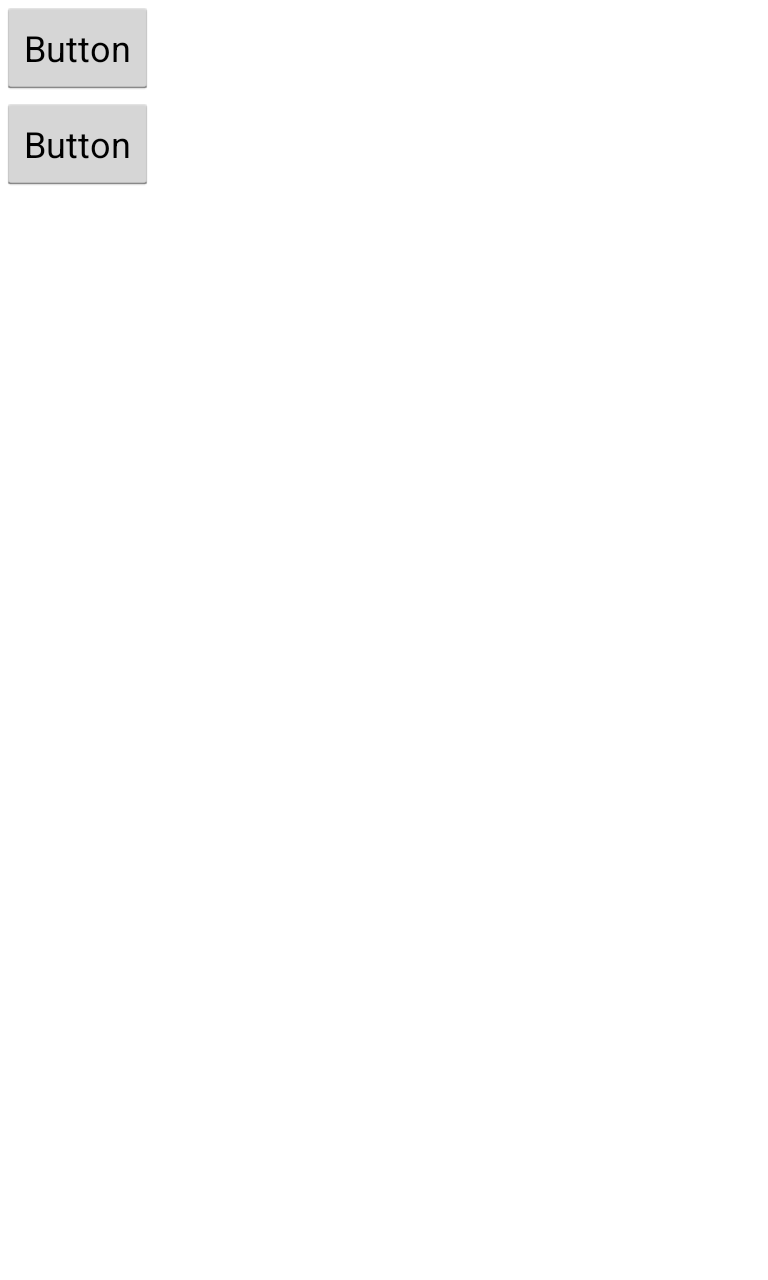
Repository: RaymondCalderon/programs_school
Layout: Trabajos Eclipse/Apps eclipse/FoxEnglish/res/layout/actividad1.xml
These files come from the project's save history. The layout is drawn as it stood at one moment and after the next save; the edit follows.
It is drawn on a 768 x 1280 px phone screen (xhdpi) without system bars, with theme AppTheme; the app's code is not run.

Above is the layout before, as saved 2016-02-26 05:48:07.

### Trabajos Eclipse/Apps eclipse/FoxEnglish/res/layout/actividad1.xml
<?xml version="1.0" encoding="utf-8"?>
<LinearLayout xmlns:android="http://schemas.android.com/apk/res/android"
    android:layout_width="match_parent"
    android:layout_height="match_parent"
    android:orientation="vertical" >

    <Button
        android:id="@+id/a1btn1"
        android:layout_width="wrap_content"
        android:layout_height="wrap_content"
        android:text="Button" />

    <Button
        android:id="@+id/a1btn2"
        android:layout_width="wrap_content"
        android:layout_height="wrap_content"
        android:text="Button" />

</LinearLayout>

Loaded but not shown: Trabajos Eclipse/Apps eclipse/FoxEnglish/res/values/styles.xml (common file); Trabajos Eclipse/Apps eclipse/FoxEnglish/res/values-v11/styles.xml (common file); Trabajos Eclipse/Apps eclipse/FoxEnglish/res/values-v14/styles.xml (common file)

After the next save:
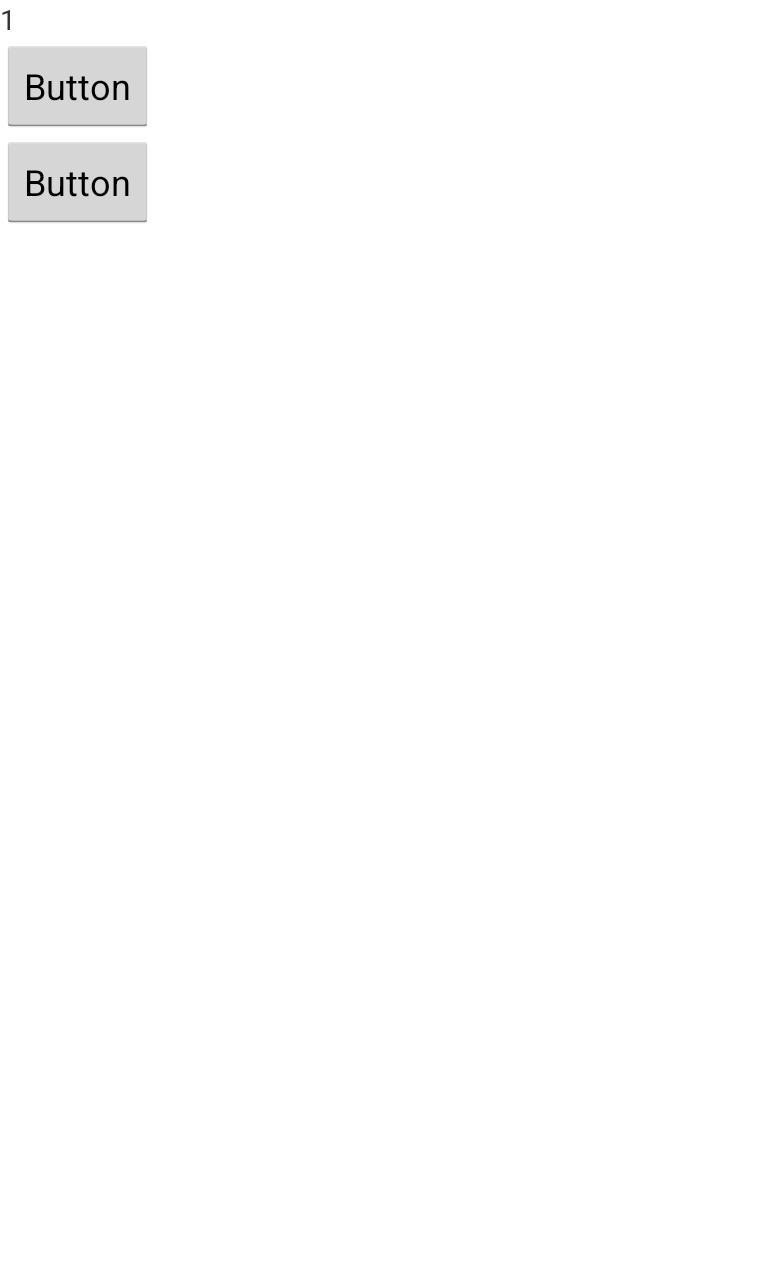
Saved 113 s later.
--- a/Trabajos Eclipse/Apps eclipse/FoxEnglish/res/layout/actividad1.xml
+++ b/Trabajos Eclipse/Apps eclipse/FoxEnglish/res/layout/actividad1.xml
@@ -3,6 +3,12 @@
     android:layout_width="match_parent"
     android:layout_height="match_parent"
     android:orientation="vertical" >
+
+    <TextView
+        android:id="@+id/textView1"
+        android:layout_width="wrap_content"
+        android:layout_height="wrap_content"
+        android:text="1" />
 
     <Button
         android:id="@+id/a1btn1"
